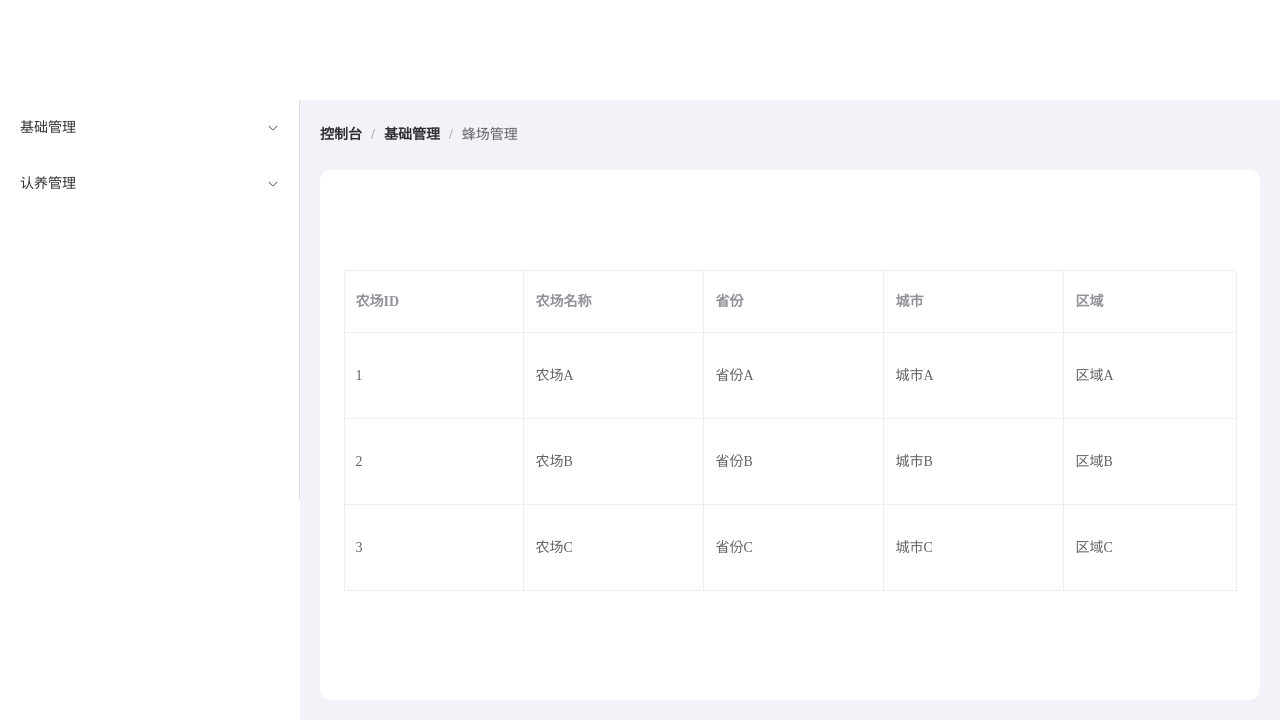
Repository: secret47/test-office-demo
Page: /dashboard/basic/farm
An editor plug-in stored every save of this project. The page is shown before and after the next save, followed by the edit.
The browser window is 1280 px wide. The pictures show the whole page.
The project was rebuilt for these pictures with package versions that can differ from the ones it lists, and the page was loaded fresh each time. Also part of the build but not shown: vite.config.js.

Above is the page before, as saved 2024-10-29 10:57:28.

After the next save:
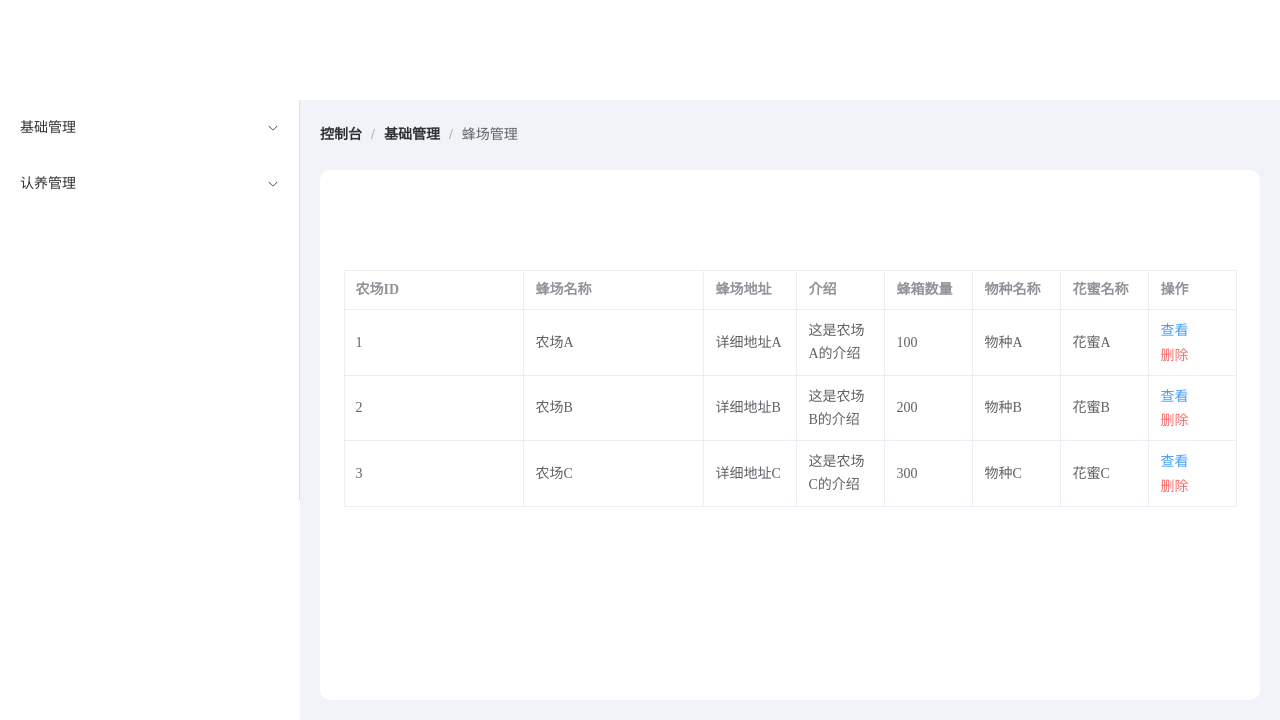
Saved 3 h 3 min later.
--- a/src/views/dashboard/basic/farm/index.vue
+++ b/src/views/dashboard/basic/farm/index.vue
@@ -5,17 +5,12 @@
         </div>
         <div class="list">
             <el-table border :data="farmList"> <el-table-column prop="farmId" label="农场ID" width="180"></el-table-column>
-            <el-table-column prop="farmName" label="农场名称" width="180"></el-table-column>
-            <el-table-column prop="provice" label="省份" width="180"></el-table-column>
-            <el-table-column prop="city" label="城市" width="180"></el-table-column>
-            <el-table-column prop="district" label="区域" width="180"></el-table-column>
-            <el-table-column prop="address" label="详细地址"></el-table-column>
+            <el-table-column prop="farmName" label="蜂场名称" width="180"></el-table-column>
+            <el-table-column prop="address" label="蜂场地址"></el-table-column>
             <el-table-column prop="introduce" label="介绍"></el-table-column>
             <el-table-column prop="hiveNums" label="蜂箱数量"></el-table-column>
             <el-table-column prop="speciesName" label="物种名称"></el-table-column>
             <el-table-column prop="nectarName" label="花蜜名称"></el-table-column>
-            <el-table-column prop="lng" label="经度"></el-table-column>
-            <el-table-column prop="lat" label="纬度"></el-table-column>
             <el-table-column label="操作">
                 <template #default="scope">
                     <el-link type="primary">查看</el-link>
